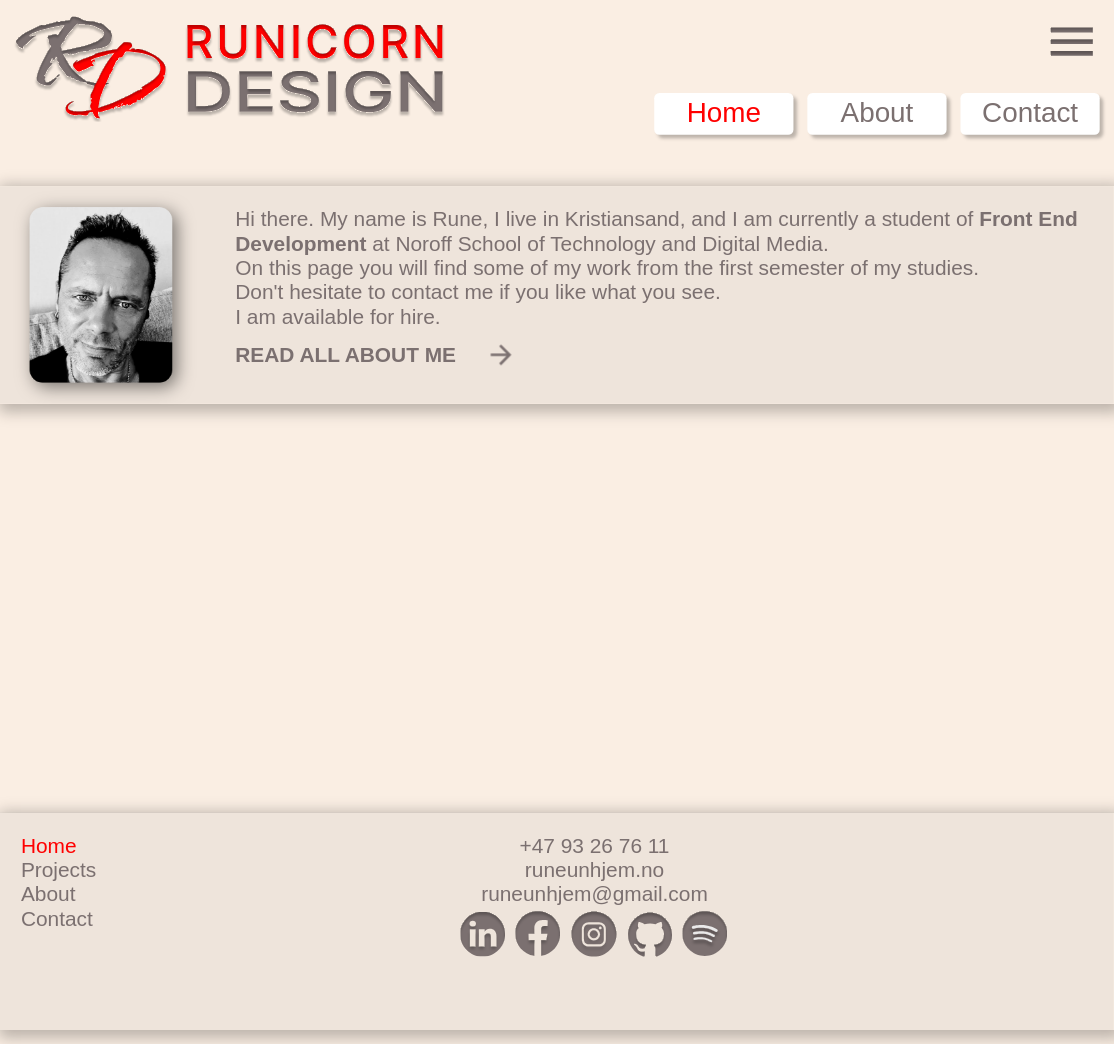
Repository: runeunhjem/portfolio1-ca
Page: index.html
These files come from the project's save history. The page is drawn as it stood at one moment and after a run of saves; the edit follows.
The browser window is 1280 px wide. The pictures show the whole page, at 87% of full size.
Some web fonts or font styles are not loaded; a fallback is used. The style sheet was rebuilt from its Sass, Less or Tailwind sources for each picture, by a compiler version that may differ from the author's.

Above is the page before, as saved 2023-06-01 11:12:00.

After the next 2 saves:
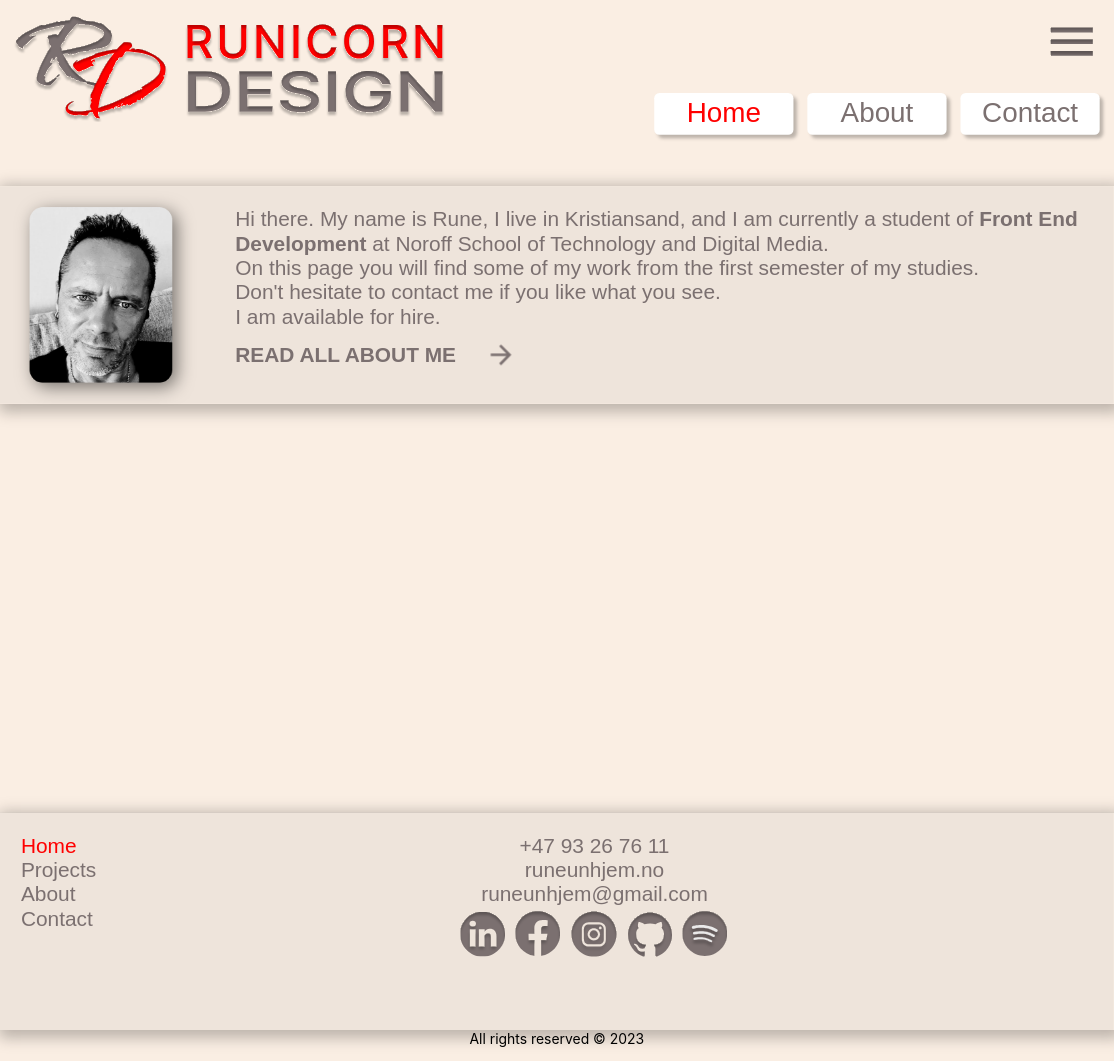
The 2 saves are shown as one change because they came seconds apart.
The last was saved 32 s later.
--- a/index.html
+++ b/index.html
@@ -97,6 +97,8 @@
       <div class="footer-logo flex"></div>
     </div>
   </footer>
-  <div class="copyright flex"></div>
+  <div class="copyright flex">
+    <p>All rights reserved © 2023</p>
+  </div>
 </body>
 </html>
